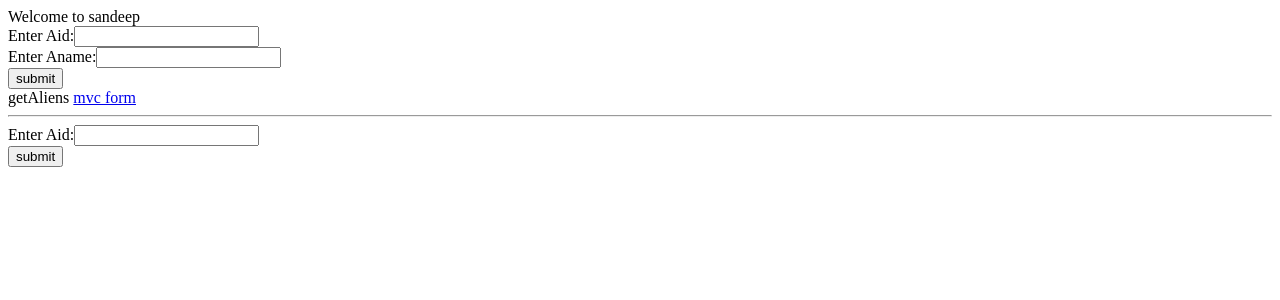
Repository: neelasandeep/sprinboot-projects
Page: http://localhost/SpringMvc/view/index.jsp
The author's editor kept a copy of each file at every save. The page is drawn from the files as they stood at one save, then again after the next save.
The browser window is 1280 px wide. The pictures show the whole page.
The page is served by Tomcat 9. Other server files are loaded and not shown.

Above is the page before, as saved 2020-04-04 10:45:23.

### SpringMvc/src/main/webapp/view/index.jsp
<%@ page language="java" contentType="text/html; charset=ISO-8859-1"
    pageEncoding="ISO-8859-1"%>
<!DOCTYPE html>
<html>
<head>
<meta charset="ISO-8859-1">
<title>Insert title here</title>
</head>
<body>
Welcome to sandeep
<form action="addalien" method="post">
Enter Aid:<input type="text" name="aid"><br>
Enter Aname:<input type="text" name="aname"><br>
<input type="submit" value="submit">

<br>
getAliens
<a href="getAliens">mvc form </a>

</form>
<hr>
<form action="getAlien" method="post">
Enter Aid:<input type="text" name="aid"><br>

<input type="submit" value="submit">



</form>
</body>
</html>

After the next save:
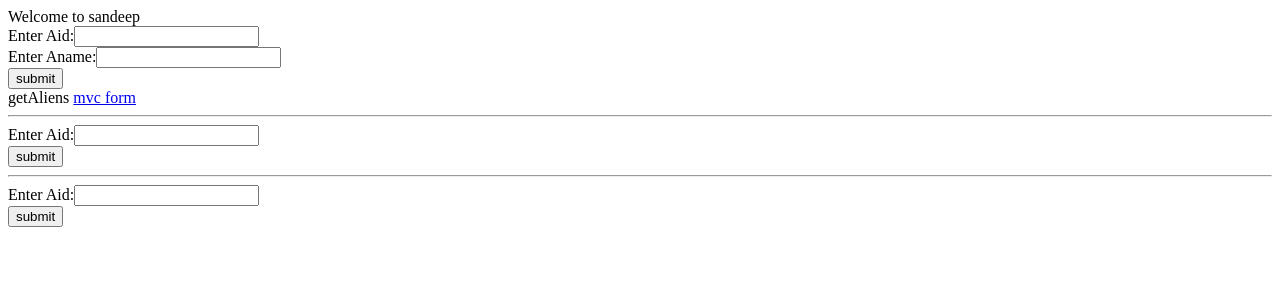
Saved 2 min 12 s later.
--- a/SpringMvc/src/main/webapp/view/index.jsp
+++ b/SpringMvc/src/main/webapp/view/index.jsp
@@ -27,5 +27,14 @@ Enter Aid:<input type="text" name="aid"><br>
 
 
 </form>
+<hr>
+<form action="removeAlien" method="post">
+Enter Aid:<input type="text" name="aid"><br>
+
+<input type="submit" value="submit">
+
+
+
+</form>
 </body>
 </html>
